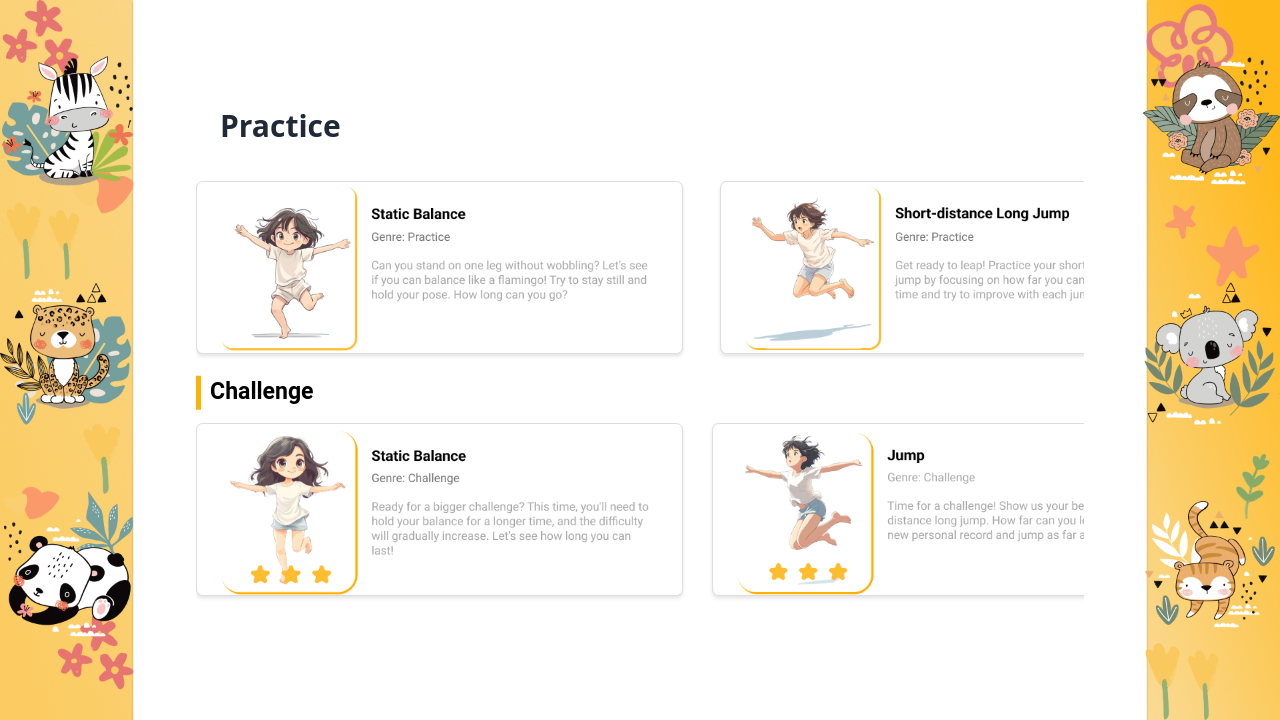
Repository: Jayhawk2000/AR_Game_DCD_Children
Page: homepage.html
An editor plug-in stored every save of this project. The page is shown before and after the next save, followed by the edit.
The browser window is 1280 px wide. The pictures show the whole page.

Above is the page before, as saved 2024-10-16 13:22:10.

### homepage.html
<!DOCTYPE html>
<html lang="en">
<head>
<meta charset="UTF-8">
<meta name="viewport" content="width=device-width, initial-scale=1.0">
<title>Homepage</title>
<link href="https://cdn.jsdelivr.net/npm/tailwindcss@2.2.19/dist/tailwind.min.css" rel="stylesheet">
<style>
    body, html {
        margin: 0;
        padding: 0;
        width: 100vw;
        height: 100vh; /* Full height of the viewport */
        overflow: hidden;
    }

    .background {
        background-image: url('img/homepage.png');
        background-size: 100vw 100vh;
        background-repeat: no-repeat;
        background-position: center center;
        background-attachment: fixed;
        height: 100vh;
        display: flex;
        justify-content: center;
        align-items: center;
    }

    .content {
        width: 75vw;
        height: 100%;
        background-color: white;
        display: flex;
        flex-direction: column;
        padding: 5vh;
    }

    .section {
        flex: 1;
        overflow: hidden;
        position: relative;
        height: 50vh;
    }


    .title {
        text-align: left;
        font-size: 1.8vw; /* Adjusted to viewport width */
        margin-top: 1.2vw; /* 20px to vw based on 1920px width */
        font-family: 'Roboto', sans-serif;
        position: relative;
        padding-left: 1.1vw; /* 20px to vw based on 1920px width */
    }

    .title::before {
        content: "";
        position: absolute;
        left: 0;
        top: 50%;
        transform: translateY(-50%);
        height: 100%;
        width: 0.4vw; /* 8px to vw based on 1920px width */
        background-color: #FFB000;
    }

    .card-slider {
        display: flex;
        overflow-x: auto;
        scroll-snap-type: x mandatory;
        padding: 1.04vw; /* 20px to vw */
        gap: 1.04vw; /* 20px to vw */
    }
    .card {
        flex: 0 0 auto;
        width: 38vw;
        height: 24vh;
        background-color: #f9f9f9;
        border: 0.1vw solid #ddd;
        padding: 1vw;

        scroll-snap-align: start;
        border-radius: 0.5vw;
        box-shadow: 0 0.2vw 0.3vw rgba(0,0,0,0.1);
        background-size: cover;
        background-position: center;
        cursor: pointer;
        transition: box-shadow 0.3s ease;
    }
    .card img {
    width: calc(100% - 4vw); /* 图片宽度为容器宽度减去两边留白 */
    height: auto; /* 高度自适应以保持图像比例 */
}
    .card:hover {
        box-shadow: 0 0.31vw 0.63vw rgba(0,0,0,0.3);
    }

    /* 隐藏滚动条但保持滚动功能 */
    .scrollbar-hide::-webkit-scrollbar {
        display: none;
    }
    .scrollbar-hide {
        -ms-overflow-style: none;
        scrollbar-width: none;
    }

    html {
        scroll-behavior: smooth;
    }

    /* 美化滚动条 */
    .card-slider::-webkit-scrollbar {
        height: 8px;
    }
    .card-slider::-webkit-scrollbar-track {
        background: #f1f1f1;
        border-radius: 4px;
    }
    .card-slider::-webkit-scrollbar-thumb {
        background: #FFB000;
        border-radius: 4px;
        transition: background-color 0.3s ease;
    }
    .card-slider::-webkit-scrollbar-thumb:hover {
        background: #e09e00;
    }
</style>
</head>
<body>

<div class="background">
    <div class="content">
        <div class="section">
            <br><br><br>
            <h2 class="text-3xl font-bold text-gray-800 mb-6 relative pl-6 before:content-[''] before:absolute before:left-0 before:top-1/2 before:-translate-y-1/2 before:h-full before:w-2 before:bg-yellow-400">
                Practice
            </h2>
            <div class="card-slider overflow-x-auto snap-x snap-mandatory flex space-x-6 p-4">
                <a href="prac_bal.html" class="card flex-none w-96 h-64 bg-cover bg-center rounded-xl shadow-lg hover:shadow-2xl transition-shadow duration-300 relative overflow-hidden group" style="background-image: url('img/balance_practice.png');">
                    <div class="absolute inset-0 bg-gradient-to-t from-black to-transparent opacity-0 group-hover:opacity-100 transition-opacity duration-300 flex flex-col justify-end p-6">
                        <h3 class="text-white text-2xl font-bold mb-2">Balance Practice</h3>
                        <p class="text-white text-sm">Improve your balance skills</p>
                    </div>
                </a>
                <a href="prac_jump.html" class="card flex-none w-96 h-64 bg-cover bg-center rounded-xl shadow-lg hover:shadow-2xl transition-shadow duration-300 relative overflow-hidden group" style="background-image: url('img/jump_practice.png');">
                    <div class="absolute inset-0 bg-gradient-to-t from-black to-transparent opacity-0 group-hover:opacity-100 transition-opacity duration-300 flex flex-col justify-end p-6">
                        <h3 class="text-white text-2xl font-bold mb-2">Jump Practice</h3>
                        <p class="text-white text-sm">Enhance your jumping technique</p>
                    </div>
                </a>
                <a href="prac_throw.html" class="card flex-none w-96 h-64 bg-cover bg-center rounded-xl shadow-lg hover:shadow-2xl transition-shadow duration-300 relative overflow-hidden group" style="background-image: url('img/throw_practice.png');">
                    <div class="absolute inset-0 bg-gradient-to-t from-black to-transparent opacity-0 group-hover:opacity-100 transition-opacity duration-300 flex flex-col justify-end p-6">
                        <h3 class="text-white text-2xl font-bold mb-2">Throw Practice</h3>
                        <p class="text-white text-sm">Perfect your throwing skills</p>
                    </div>
                </a>
            </div>
        </div>
        <div class="section">
            <div class="title"><b>Challenge</b></div>
            <div class="card-slider overflow-x-auto snap-x snap-mandatory flex space-x-4 p-4">
                <a href="cha_bal.html" class="card flex-none w-96 h-64 bg-cover bg-center rounded-xl shadow-lg hover:shadow-2xl transition-shadow duration-300 relative overflow-hidden group" style="background-image: url('img/balance_challenge.png');">
                    <div class="absolute inset-0 bg-gradient-to-t from-black to-transparent opacity-0 group-hover:opacity-100 transition-opacity duration-300 flex flex-col justify-end p-6">
                        <h3 class="text-white text-2xl font-bold mb-2">Balance Challenge</h3>
                        <p class="text-white text-sm">Test your balance skills</p>
                    </div>
                </a>
                <a href="cha_jump.html" class="card flex-none w-96 h-64 bg-cover bg-center rounded-xl shadow-lg hover:shadow-2xl transition-shadow duration-300 relative overflow-hidden group" style="background-image: url('img/jump_challenge.png');">
                    <div class="absolute inset-0 bg-gradient-to-t from-black to-transparent opacity-0 group-hover:opacity-100 transition-opacity duration-300 flex flex-col justify-end p-6">
                        <h3 class="text-white text-2xl font-bold mb-2">Jump Challenge</h3>
                        <p class="text-white text-sm">Push your jumping limits</p>
                    </div>
                </a>
                <a href="cha_throw.html" class="card flex-none w-96 h-64 bg-cover bg-center rounded-xl shadow-lg hover:shadow-2xl transition-shadow duration-300 relative overflow-hidden group" style="background-image: url('img/throw_challenge.png');">
                    <div class="absolute inset-0 bg-gradient-to-t from-black to-transparent opacity-0 group-hover:opacity-100 transition-opacity duration-300 flex flex-col justify-end p-6">
                        <h3 class="text-white text-2xl font-bold mb-2">Throw Challenge</h3>
                        <p class="text-white text-sm">Challenge your throwing accuracy</p>
                    </div>
                </a>
            </div>
        </div>
    </div>
</div>

</body>
</html>

After the next save:
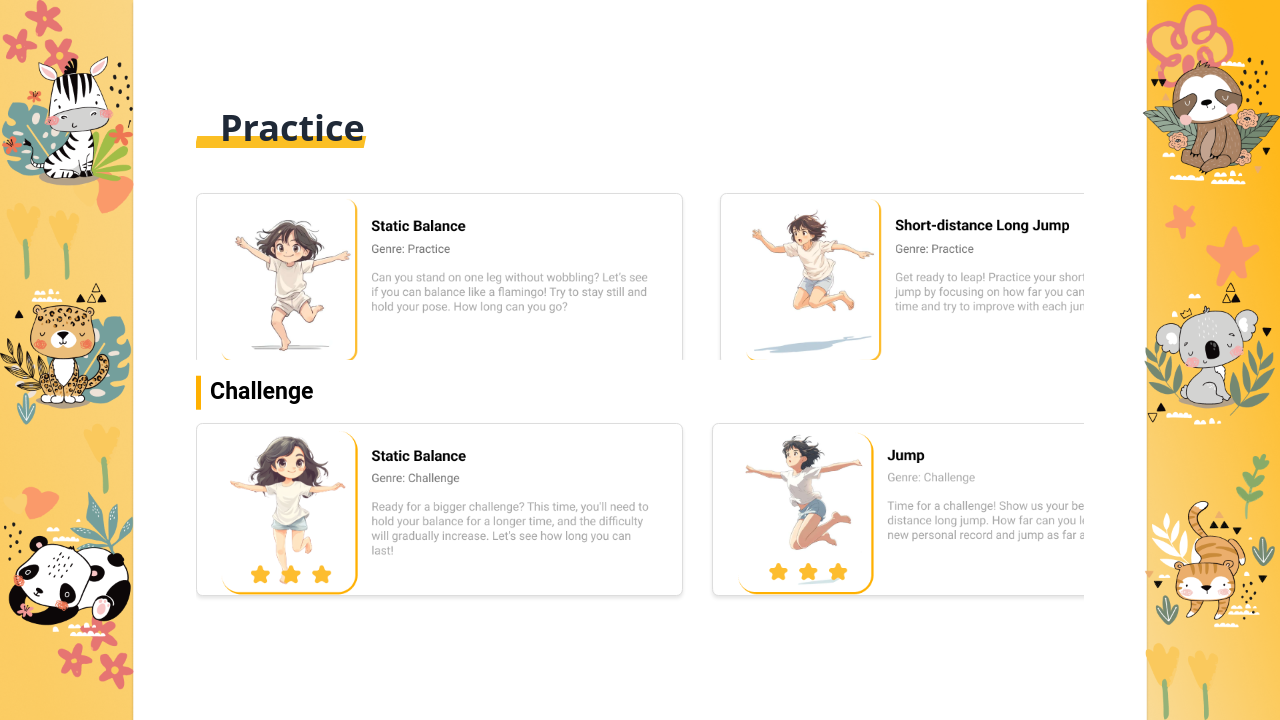
Saved 7 s later.
--- a/homepage.html
+++ b/homepage.html
@@ -131,8 +131,9 @@
     <div class="content">
         <div class="section">
             <br><br><br>
-            <h2 class="text-3xl font-bold text-gray-800 mb-6 relative pl-6 before:content-[''] before:absolute before:left-0 before:top-1/2 before:-translate-y-1/2 before:h-full before:w-2 before:bg-yellow-400">
-                Practice
+            <h2 class="text-4xl font-bold text-gray-800 mb-8 relative pl-6 inline-block">
+                <span class="relative z-10">Practice</span>
+                <span class="absolute left-0 bottom-0 w-full h-3 bg-yellow-400 transform -skew-x-12"></span>
             </h2>
             <div class="card-slider overflow-x-auto snap-x snap-mandatory flex space-x-6 p-4">
                 <a href="prac_bal.html" class="card flex-none w-96 h-64 bg-cover bg-center rounded-xl shadow-lg hover:shadow-2xl transition-shadow duration-300 relative overflow-hidden group" style="background-image: url('img/balance_practice.png');">
